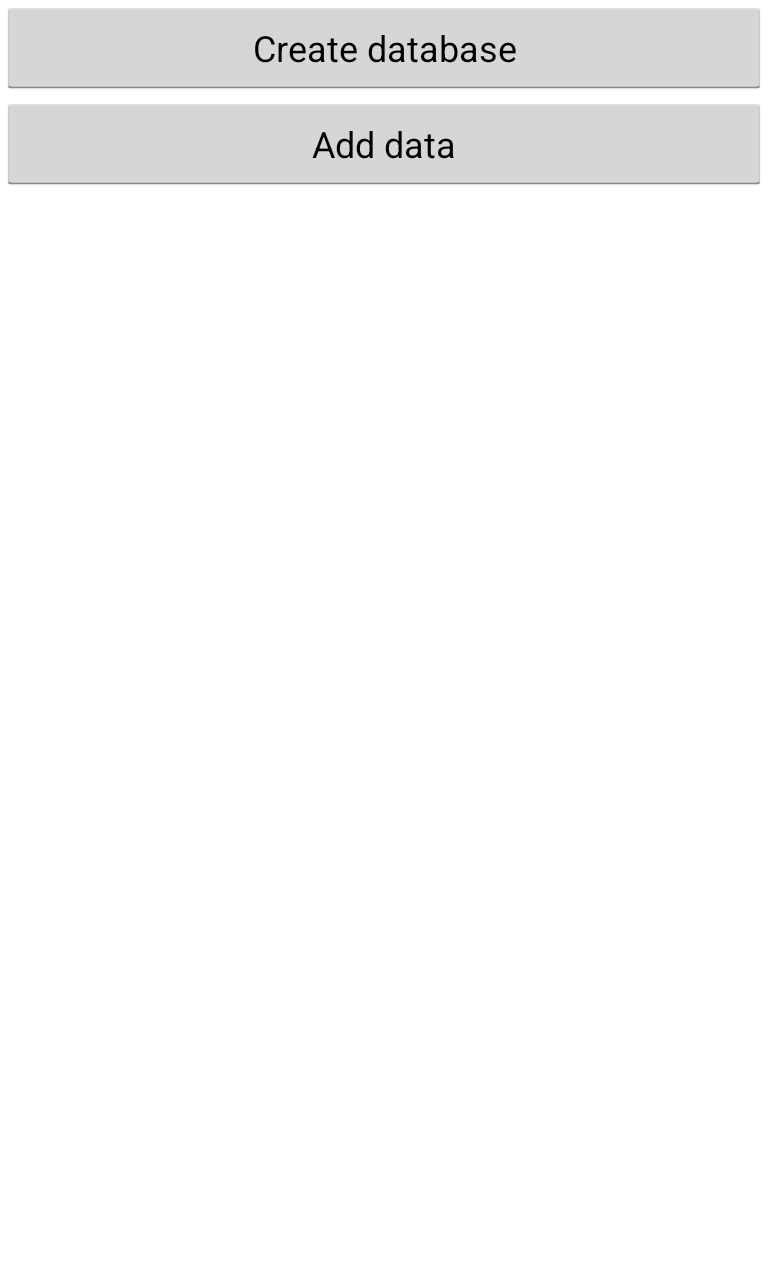
Repository: HantaoShu/android_learning
Layout: DatabaseTest/res/layout/activity_main.xml
The author's editor kept a copy of each file at every save. The layout is drawn from the files as they stood at one save, then again after the next save.
It is drawn on a 768 x 1280 px phone screen (xhdpi) without system bars, with theme AppTheme; the app's code is not run.

Above is the layout before, as saved 2016-02-16 07:43:50.

After the next save:
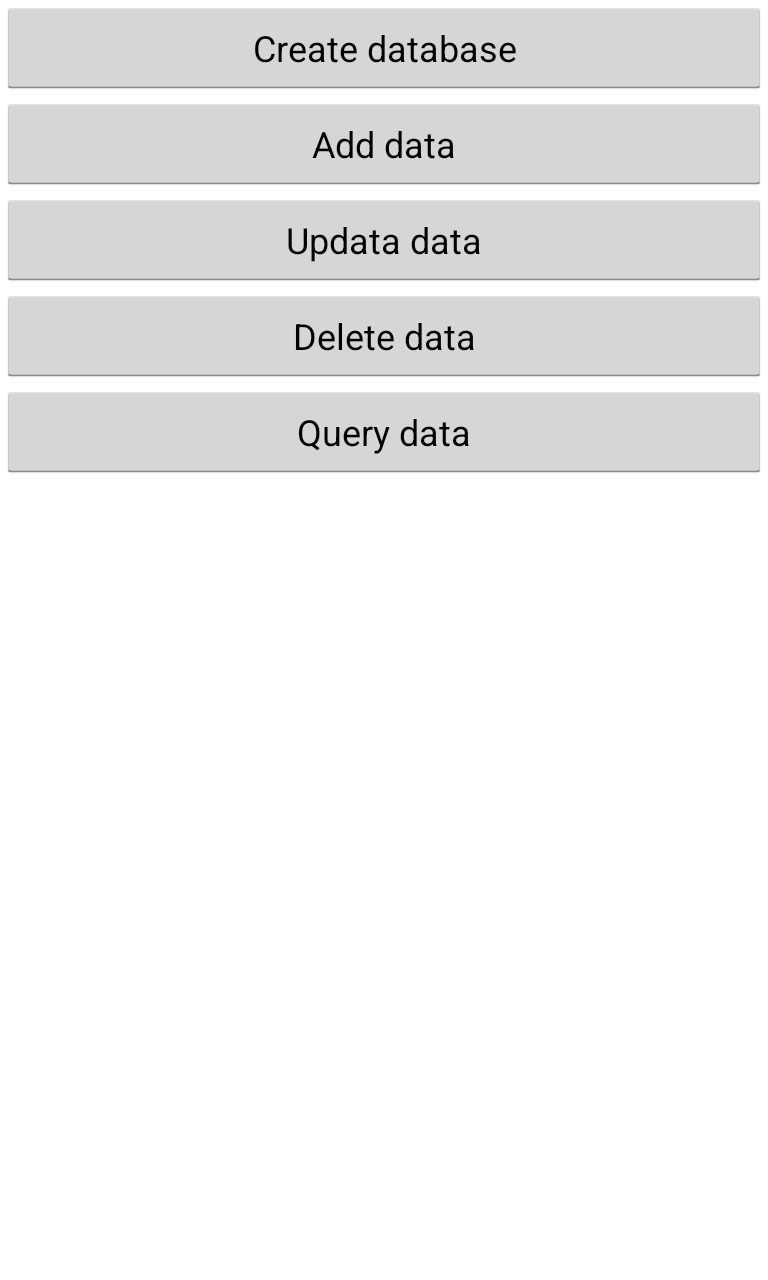
Saved 105 s later.
--- a/DatabaseTest/res/layout/activity_main.xml
+++ b/DatabaseTest/res/layout/activity_main.xml
@@ -15,4 +15,22 @@
 	   android:layout_height="wrap_content"
 	   android:text="Add data"
 	   ></Button>
+	<Button
+	   android:id="@+id/updata_data"
+	   android:layout_width="match_parent"
+	   android:layout_height="wrap_content"
+	   android:text="Updata data"
+	   ></Button>
+	<Button
+	   android:id="@+id/delete_data"
+	   android:layout_width="match_parent"
+	   android:layout_height="wrap_content"
+	   android:text="Delete data"
+	   ></Button>
+	<Button
+	   android:id="@+id/query_data"
+	   android:layout_width="match_parent"
+	   android:layout_height="wrap_content"
+	   android:text="Query data"
+	   ></Button>
 </LinearLayout>
